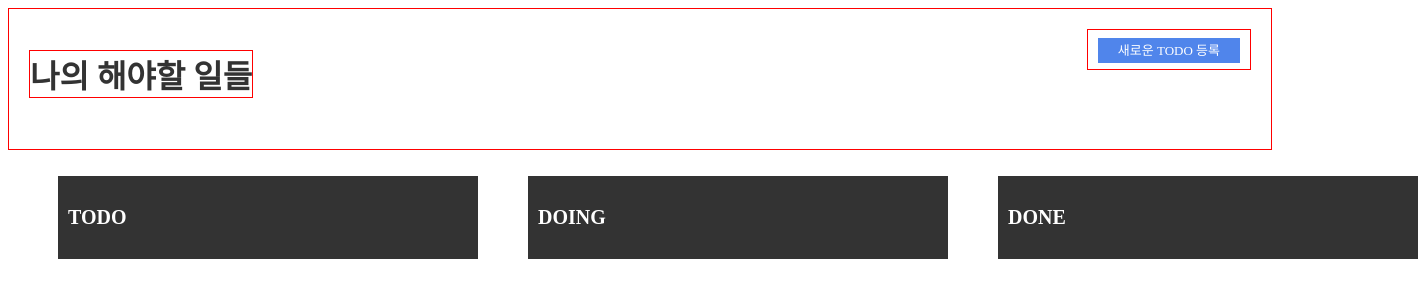
Repository: estellechoi/jsp-project-todo
Page: http://localhost/todo/MainServlet
These files come from the project's save history. The page is drawn as it stood at one moment and after the next save; the edit follows.
The browser window is 1280 px wide. The page is 1418 px wide, so the pictures cover 1418 px, including what lies to the right of the window. The pictures show the whole page.
The page is served by Tomcat 9. Other server files are loaded and not shown. Queries for data that is not in the repository find no rows.

Above is the page before, as saved 2019-12-08 07:51:18.

### todo/src/main/webapp/jsp/main.jsp
<%@page import="kr.co.todo.dto.TodoDto"%>
<%@page import="java.util.List"%>
<%@ page language="java" contentType="text/html; charset=UTF-8"
    pageEncoding="UTF-8"%>
<%@ taglib prefix="c" uri="http://java.sun.com/jsp/jstl/core" %>

<!DOCTYPE html>
<html>
<head>
<meta charset="UTF-8">
<title>나의 해야할 일들</title>
<style>
	section {
		display: flex;
	}

	ul {
		margin-left: 10px;
	}

	li {
		list-style-type: none;
		margin-top: 10px;
	}

	header {
 		height: 100px;
 		padding: 20px;
		border: 1px solid red;
	}

	#header_logo {
		color: #333333;
		font-weight: bold;
		float: left;
		border: 1px solid red;
	}

	#header_btns {
		float: right;
		padding: 10px;
		border: 1px solid red;
	}

	#header_btns > #btn_skyblue_white {
		background: #5085EB;
		color: white;
		padding: 5px 20px;
		text-decoration: none;
		font-size: 13px;
	}

	.type_columns {
		width: 400px;
		padding: 30px 10px;
		background: #333333;
		color: white;
		font-size: 20px;
		font-weight: bold;
	}

	.content_list {
		position: relative;
		width: 400px;
		padding: 20px 10px;
		background: #d2d2d2;
		color: #333333;
	}

	.title {
		font-weight: bold;
		letter-spacing: 2px;
	}

	.content {
		font-size: 13px;
		margin-top: 20px;
	}
	.btn_update {
		position: absolute;
		top: 50px;
		left: 370px;
		text-decoration: none;
		color: #333333;
		font-weight: bold;
	}
	.btn_delete {
		position: absolute;
		top: 50px;
		left: 370px;
		text-decoration: none;
		color: #ED6653;
		font-weight: bold;
	}

</style>
</head>
<body>
	<header>
		<h1 id="header_logo">나의 해야할 일들</h1>
		<nav id="header_btns">
			<a id="btn_skyblue_white" href="TodoFormServlet">새로운 TODO 등록</a>
		</nav>
	</header>
	<!-- section 시작  -->
	<section>
		<!-- TODO -->
		<ul id="todo">
			<li class="type_columns">TODO</li>
			<c:forEach items="${requestScope.getTodos}" var="todoDto">
				<!-- todoDto.type 이 'TODO' 인 것만 출력 -->
				<c:if test="${todoDto.type eq 'TODO'}">
					<li class="content_list" id="${todoDto.id}">
						<span class="title">${todoDto.title}</span> <br />
						<span class="content">등록날짜 : ${todoDto.regDate}, ${todoDto.name}, 우선순위 ${todoDto.sequence}</span>
						<a class="btn_update" href="javascript:updateType('${todoDto.id}', '${todoDto.type}')">변경</a>
					</li>
				</c:if>
			</c:forEach>
		</ul>
		<!-- DOING -->
		<ul id="doing">
			<li class="type_columns">DOING</li>
			<c:forEach items="${requestScope.getTodos}" var="todoDto">
				<!-- 'DOING' 인 것만 출력 -->
				<c:if test="${todoDto.type eq 'DOING'}">
					<li class="content_list" id="${todoDto.id}">
						<span class="title">${todoDto.title}</span> <br />
						<span class="content">등록날짜 : ${todoDto.regDate}, ${todoDto.name}, 우선순위 ${todoDto.sequence}</span>
						<a class="btn_update" href="javascript:updateType('${todoDto.id}', '${todoDto.type}')">완료</a>
					</li>
				</c:if>
			</c:forEach>
		</ul>
		<!-- DONE -->
		<ul id="done">
			<li class="type_columns">DONE</li>
			<c:forEach items="${requestScope.getTodos}" var="todoDto">
				<!-- 'DONE' 인 것만 -->
				<c:if test="${todoDto.type eq 'DONE'}">
					<li class="content_list" id="${todoDto.id}">
						<span class="title">${todoDto.title}</span> <br />
						<span class="content">등록날짜 : ${todoDto.regDate}, ${todoDto.name}, 우선순위 ${todoDto.sequence}</span>
						<a class="btn_delete" href="javascript:updateType('${todoDto.id}', '${todoDto.type}')">지우기</a>
					</li>
				</c:if>
			</c:forEach>
		</ul>
	</section>
	<!-- js 경로를 찾을 때 ContextPath 넣지 않는 방법은 ? -->
	<script type="text/javascript" src="<%=request.getContextPath()%>/etc/updatelist.js"></script>
</body>
</html>

### todo/src/main/java/kr/co/todo/servlet/MainServlet.java
package kr.co.todo.servlet;

import java.io.IOException;
import java.sql.SQLException;
import java.util.List;

import javax.servlet.RequestDispatcher;
import javax.servlet.ServletException;
import javax.servlet.annotation.WebServlet;
import javax.servlet.http.HttpServlet;
import javax.servlet.http.HttpServletRequest;
import javax.servlet.http.HttpServletResponse;

import kr.co.todo.dao.TodoDao;
import kr.co.todo.dto.TodoDto;

@WebServlet("/MainServlet")
public class MainServlet extends HttpServlet {
	private static final long serialVersionUID = 1L;

	public MainServlet() {
		super();

	}

	protected void doGet(HttpServletRequest request, HttpServletResponse response)
			throws ServletException, IOException {

		TodoDao todoDao = new TodoDao();

		// 모든 레코드 조회
		List<TodoDto> list = todoDao.getTodos();
		request.setAttribute("getTodos", list);

		// main.jsp 로 포워드 하기
		RequestDispatcher requestDispatcher = request.getRequestDispatcher("/jsp/main.jsp");
		requestDispatcher.forward(request, response);

	}

}

### todo/src/main/java/kr/co/todo/dao/TodoDao.java
package kr.co.todo.dao;

import java.sql.Connection;
import java.sql.DriverManager;
import java.sql.PreparedStatement;
import java.sql.ResultSet;
import java.sql.SQLException;
import java.sql.Statement;
import java.util.ArrayList;
import java.util.List;

import kr.co.todo.dto.TodoDto;

public class TodoDao {

	String dbUrl = "jdbc:mysql://localhost:3306/youjin?useSSL=false&serverTimezone=UTC&autoReconnection=true";
	String dbUser = "estellechoi";
	String dbPwd = "yk0425";

	// Main.jsp 에 표시될 전체 toto 목록
	public List<TodoDto> getTodos() {

		// 드라이버 로드
		try {
			Class.forName("com.mysql.cj.jdbc.Driver");
		} catch (ClassNotFoundException e) {
			e.printStackTrace();
		}

		List<TodoDto> list = new ArrayList<TodoDto>();

		String sql = "select id, name, regdate, sequence, title, type from todo";

		try (Connection conn = DriverManager.getConnection(dbUrl, dbUser, dbPwd);
				Statement stmt = conn.createStatement()){

			try (ResultSet rs = stmt.executeQuery(sql)) {
				while (rs.next()) {
					TodoDto todoDto = new TodoDto(rs.getInt("id"), rs.getString("name"), rs.getString("regdate"), rs.getInt("sequence"), rs.getString("title"), rs.getString("type"));
					list.add(todoDto);
				}
			}
			catch (Exception e) {
				e.printStackTrace();
			}
		}
		catch (Exception e) {
			e.printStackTrace();
		}

		return list;
	}

	// 할 일 등록
	public int addTodo(TodoDto todoDto) {

		try {
			Class.forName("com.mysql.cj.jdbc.Driver");
		} catch (ClassNotFoundException e) {
			e.printStackTrace();
		}

		int insertCount = 0;
		String sql = "insert into todo(title, name, sequence, regdate) values(?,?,?, now())";

		try (Connection conn = DriverManager.getConnection(dbUrl, dbUser, dbPwd);
			PreparedStatement pstmt = conn.prepareStatement(sql)) {
				pstmt.setString(1, todoDto.getTitle());
				pstmt.setString(2, todoDto.getName());
				pstmt.setInt(3, todoDto.getSequence());
				insertCount = pstmt.executeUpdate(); // CREATE / DROP 관련 구문에서는 -1 을 반환
		}
		// what about nullpointerexception ?
		catch (SQLException e) {
			e.printStackTrace();
		}

		return insertCount;
	}

	public int updateTodo(TodoDto todoDto) {

		try {
			Class.forName("com.mysql.cj.jdbc.Driver");
		} catch (ClassNotFoundException e) {
			e.printStackTrace();
		}

		int updateCount = 0;
		String sql = "update todo set type = ? where id = ?";

		try (Connection conn = DriverManager.getConnection(dbUrl, dbUser, dbPwd);
				PreparedStatement pstmt = conn.prepareStatement(sql)){
			pstmt.setString(1, todoDto.getType());
			pstmt.setLong(2, todoDto.getId());
			updateCount = pstmt.executeUpdate();
		} catch (SQLException e) {
			e.printStackTrace();
		}

		return updateCount;
	}

	public int deleteTodo(long id) {
		try {
			Class.forName("com.mysql.cj.jdbc.Driver");
		} catch (ClassNotFoundException e) {
			e.printStackTrace();
		}

		int deleteCount =0;
		String sql = "delete from todo where id = " + id;

		try (Connection conn = DriverManager.getConnection(dbUrl, dbUser, dbPwd);
				Statement stmt = conn.createStatement()){
			deleteCount = stmt.executeUpdate(sql);
		}
		catch (SQLException e) {
			e.printStackTrace();
		}

		return deleteCount;
	}
}

### todo/src/main/webapp/etc/updatelist.js
/**
 *
 */

	function updateType(id, type) {

		var oReq = new XMLHttpRequest(); // oReq.UNSENT == 0

		// 이벤트 리스너 콜백함수 등록
		/*
		oReq.addEventListener("load", function() {
			if (this.responseText == "success") {
				// 프론트 처리
			}
		});
		*/

		// onreadystatechange 대신에 onload를 사용해도 됩니다. 요청 완료만 잡아내도 된다면요.
		oReq.onreadystatechange = function() {
			if (oReq.readyState == oReq.DONE) { // 요청이 완료되면 (oReq.DONE == 4)
				if (oReq.status == 200 || oReq.status == 201) {
					if (oReq.responseText == "success") {
						// responseText : 현재까지 읽은 응답의 전체 값을 반환
						// 프론트 처리
						alert(oReq.responseText);
						// 리스트 재정렬 함수 호출
						updateList(id, type);
					}
				}
				else {
					console.error(this.responseText);
				}
			}
		}

		oReq.open("GET", "TodoTypeServlet?id=" + id + "&type=" + type); // oReq.OPENED == 1
		oReq.send(); // oReq.HEADERS_RECEIVED (2) -> LOADING (3) -> DONE (4)
	}

	function updateList(id, type) {
		const targetList = document.getElementById(id);

		switch(type) {
		case "TODO" :
			document.querySelector("#todo").removeChild(targetList);
			document.querySelector("#doing").append(targetList);
			break;
		case "DOING" :
			document.querySelector("#doing").removeChild(targetList);
			document.querySelector("#done").append(targetList);
			break;
		case "DONE" :
			document.querySelector("#done").removeChild(targetList);
			break;
		default:
			break;

		}
	}

After the next save:
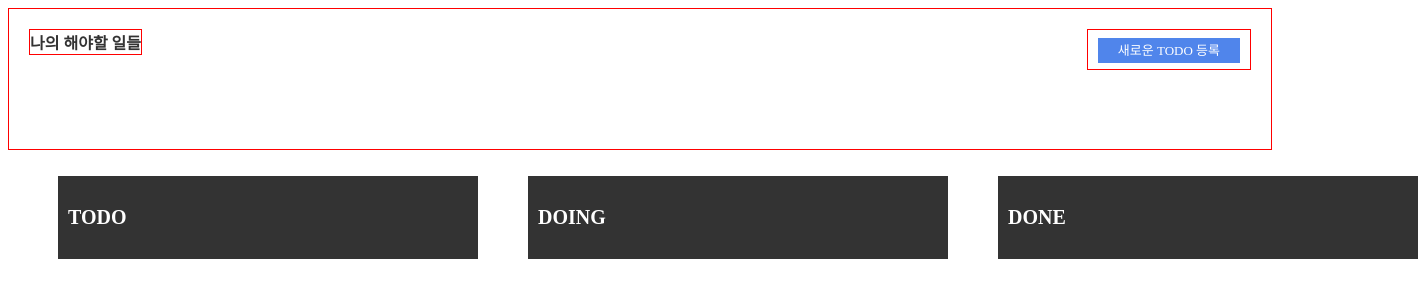
Saved 31 s later.
--- a/todo/src/main/webapp/jsp/main.jsp
+++ b/todo/src/main/webapp/jsp/main.jsp
@@ -97,7 +97,7 @@
 </head>
 <body>
 	<header>
-		<h1 id="header_logo">나의 해야할 일들</h1>
+		<div id="header_logo">나의 해야할 일들</div>
 		<nav id="header_btns">
 			<a id="btn_skyblue_white" href="TodoFormServlet">새로운 TODO 등록</a>
 		</nav>
